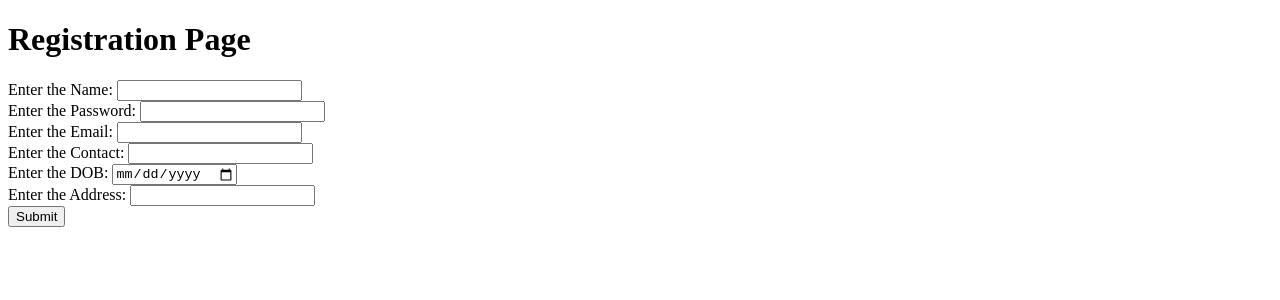
Repository: Pradeep4802/utopiatech
Page: eclipse-workspace/OwnServlet/src/main/webapp/Home.html
An editor plug-in stored every save of this project. The page is shown before and after the next save, followed by the edit.
The browser window is 1280 px wide. The pictures show the whole page.

Above is the page before, as saved 2023-10-09 08:57:35.

After the next save:
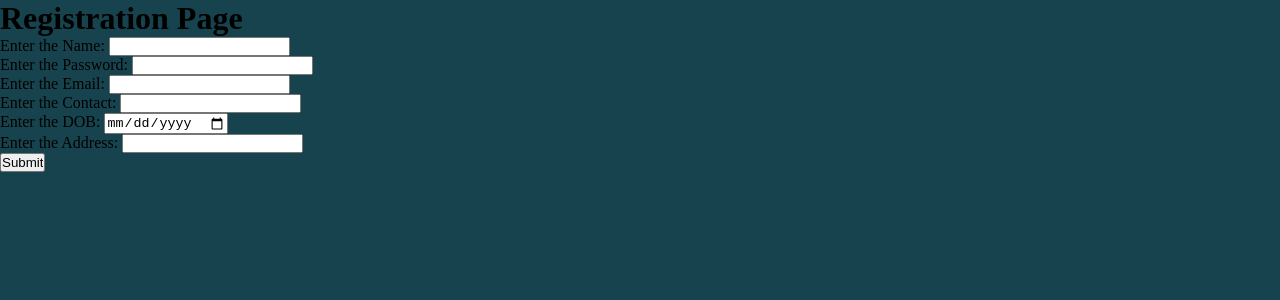
Saved 58 min 41 s later.
--- a/eclipse-workspace/OwnServlet/src/main/webapp/Home.html
+++ b/eclipse-workspace/OwnServlet/src/main/webapp/Home.html
@@ -3,6 +3,17 @@
 <head>
 <meta charset="UTF-8">
 <title>Form</title>
+<style>
+	* {
+		margin: 0;
+		padding: 0;
+		box-sizing : border-box;
+	}
+
+	body {
+		background: rgb(23,67,78);
+	}
+</style>
 </head>
 <body>
 	<div>
